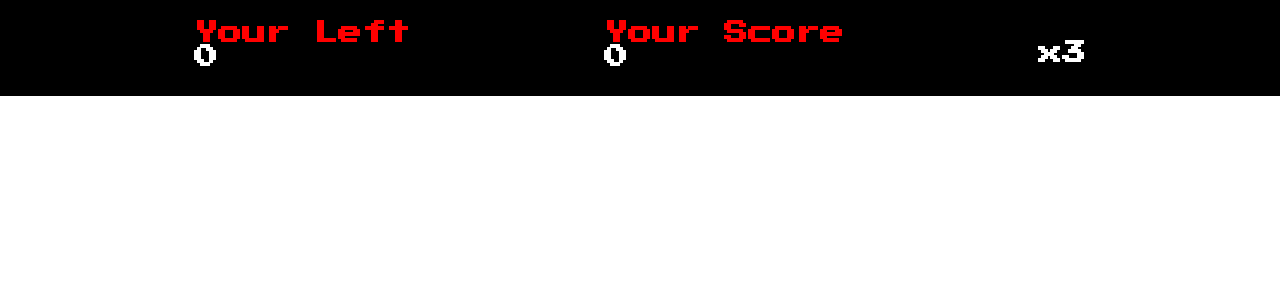
Repository: Zoemateus324/detona-ralph-js
Page: index.html
The author's editor kept a copy of each file at every save. The page is drawn from the files as they stood at one save, then again after the next save.
The browser window is 1280 px wide. The pictures show the whole page.

Above is the page before, as saved 2024-11-26 08:48:32.

### index.html
<!DOCTYPE html>
<html lang="en">

<head>
    <!-- Settings -->
    <meta charset="UTF-8">
    <meta name="viewport" content="width=device-width, initial-scale=1.0">
    <title>Detona Ralph</title>

    <!-- Fonts -->
    <link rel="preconnect" href="https://fonts.googleapis.com">
    <link rel="preconnect" href="https://fonts.gstatic.com" crossorigin>
    <link href="https://fonts.googleapis.com/css2?family=Press+Start+2P&display=swap" rel="stylesheet">

    <!-- Styles -->
    <link rel="stylesheet" href="./src/styles/reset.css">
    <link rel="stylesheet" href="./src/styles/main.css">
</head>

<body>

    <div class="container">
        <div class="menu">
            <div class="menu-time">
                <h2 style="color: red;">Your Left</h2>
                <h2>0</h2>

            </div>
            <div class="menu-score">
                <h2 style="color: red;">Your Score</h2>
                <h2>0</h2>
            </div>
            <div class="menu-lives">
                <img src="">
                <h2>x3</h2>
            </div>
        </div>





        <div class="panel">
            <div class="panel-row">
                <div class="square" id="1"></div>
                <div class="square" id="2"></div>
                <div class="square" id="3"></div>
            </div>
        </div>
        <div class="panel">
            <div class="panel-row">
                <div class="square" id="4"></div>
                <div class="square" id="5"></div>
                <div class="square" id="6"></div>
            </div>
        </div>
        <div class="panel">
            <div class="panel-row">
                <div class="square" id="7"></div>
                <div class="square" id="8"></div>
                <div class="square" id="9"></div>
            </div>
        </div>
    </div>


    <script defer src="./src/scripts/main.js"></script>
</body>



</html>

### src/styles/reset.css
*{
    margin:0;
    padding:0;
    box-sizing:border-box;
    /* font-family: "Bebas Neue", sans-serif; */
    font-family: "Press Start 2P", cursive;
}

### src/styles/main.css
.container{
    display: flex;
    flex-direction:column;
}

.menu{
    display:flex;
    justify-content:space-evenly;
    align-items:center;


    height:90px;
    width:100%;
    background-color:#000000;
    color:  #ffffff;
}

.panel{
    border: 1px solid black;
}

Loaded but not shown: src/scripts/main.js (no stored copy; drawn as an empty file)

After the next save:
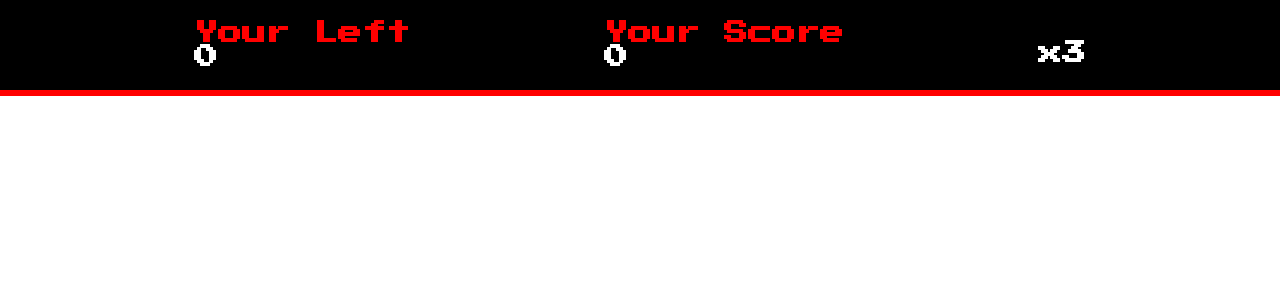
Saved 11 s later.
--- a/src/styles/main.css
+++ b/src/styles/main.css
@@ -16,5 +16,5 @@
 }
 
 .panel{
-    border: 1px solid black;
+    border: 1px solid red;
 }
